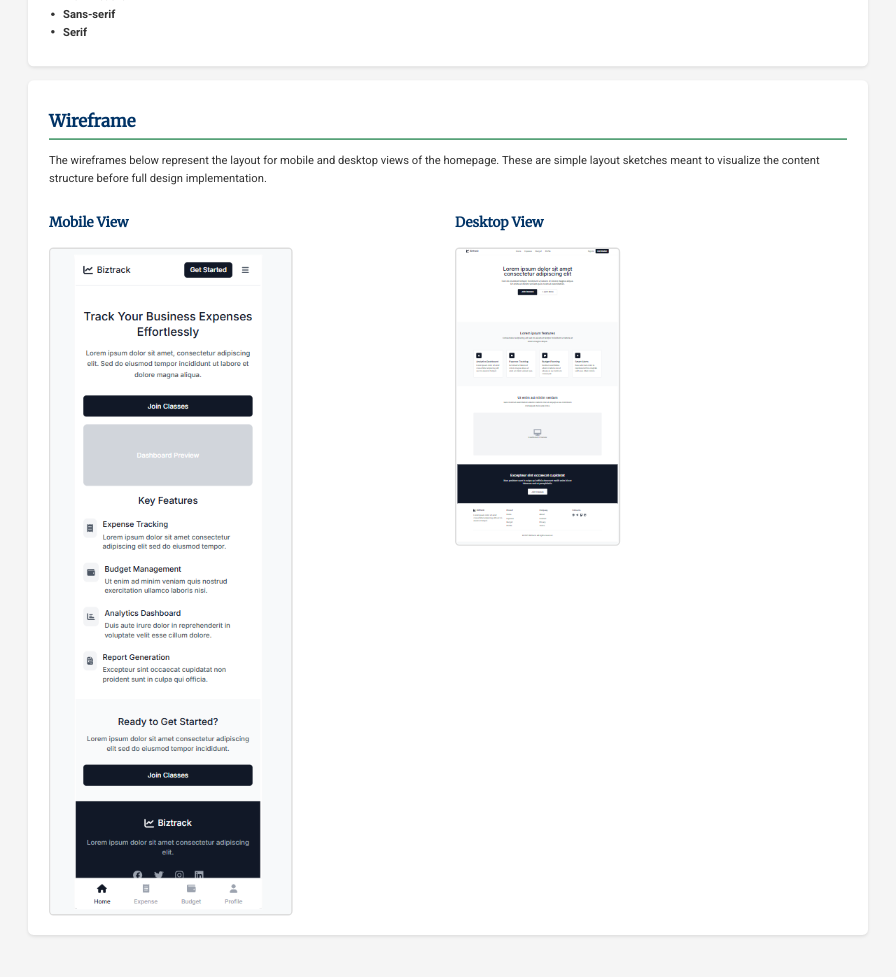
Repository: JoyUdoh106/wdd131
Page: project/siteplan.html
The author's editor kept a copy of each file at every save. The page is drawn from the files as they stood at one save, then again after the next save.
The browser window is 1280 px wide. The pictures show the part of the page from y = 1314 to 3234 px (the page is 2710 px tall before and 3234 px after), at 70% of full size.

Above is the page before, as saved 2025-08-09 19:13:03.

### project/siteplan.html
<!DOCTYPE html>
<html lang="en">
    <head>
        <meta charset="UTF-8" />
        <meta name="viewport" content="width=device-width, initial-scale=1.0" />
        <title>Website Planning Document</title>
        <meta name="author" content="Joy Paulinus Udoh">
        <meta name="description" content="Website Planning Document Page">
        <link rel="stylesheet" href="styles/styles.css" />

        <link rel="preconnect" href="https://fonts.googleapis.com">
        <link rel="preconnect" href="https://fonts.gstatic.com" crossorigin>
        <link href="https://fonts.googleapis.com/css2?family=Merriweather:wght@300;400&family=Roboto:ital,wght@0,100..900;1,100..900&display=swap" rel="stylesheet">
    </head>
    <body>
        <h1>Website Planning Document</h1>

        <div class="section">
            <h2>BizTrack IW</h2>
            <p><strong>Simple Business Finance</strong></p>
        </div>

        <div class="section">
            <h2>Site Purpose</h2>
            <p>The purpose of this website is to provide clear, practical, and easy-to-understand information about tracking expenses and budgeting. It aims to educate visitors on how to manage their personal finances more effectively, develop better spending habits, and make informed financial decisions.</p>
        </div>

        <div class="section">
            <h2>Scenarios</h2>
            <ul>
            <li>A student visits the website to learn how to set up a monthly budget for their limited income and avoid overspending.</li>
            <li>A young professional wants tips on tracking expenses to prepare for a long-term savings goal, such as buying a car or house.</li>
            <li>A parent looks for advice on managing household expenses and finding ways to cut unnecessary costs.</li>
            <li>Someone with irregular income uses the budgeting tips page to learn how to balance their finances despite unpredictable earnings.</li>
            </ul>
        </div>

        <div class="section">
            <h2>Color Schema</h2>
            <p><span class="color-box" style="background-color:#003366;"></span> Primary Color: #003366 </p>
            <p><span class="color-box" style="background-color:#2E8B57;"></span> Secondary Color: #2E8B57 </p>
            <p><span class="color-box" style="background-color: #FFD700;"></span> Accent Color: #FFD700</p>
            <p><span class="color-box" style="background-color: #F5F5F5;"></span> Background Color Color: #F5F5F5</p>
            <p><span class="color-box" style="background-color: #333333;"></span> Text Color: #333333</p>
        </div>

        <div class="section">
            <h2>Typography</h2>
            <ul>
            <li><strong>Roboto</strong></li>
            <li><strong>Merriweather</strong></li>
            <li><strong>Sans-serif</strong></li>
            <li><strong>Serif</strong></li>
            </ul>
        </div>

        <div class="section">
            <h2>Wireframe</h2>
            <p>The wireframes below represent the layout for mobile and desktop views of the homepage. These are simple layout sketches meant to visualize the content structure before full design implementation.</p>
            <div class="wireframe-container">
                <div class="wireframe-item">
                    <h3>Mobile View</h3>
                    <img src="images/mobie-view.png" alt="Mobile wireframe of homepage" class="wireframe-img" />
                </div>

                <div class="wireframe-item">
                    <h3>Desktop View</h3>
                    <img src="images/desktop_view.png" alt="Desktop wireframe of homepage" class="wireframe-img" />
                </div>
            </div>
        </div>
    </body>
</html>

### project/styles/styles.css
body {
    font-family: 'Roboto', sans-serif;
    background-color: #F5F5F5;
    color: #333333;
    margin: 0;
    padding: 20px;
    line-height: 1.6;
}

h1, h2, h3 {
    font-family: 'Merriweather', serif;
    color: #003366;
    margin-bottom: 10px;
}

h1 {
    text-align: center;
    font-size: 2.5rem;
    margin-bottom: 20px;
}

h2 {
    border-bottom: 2px solid #2E8B57;
    padding-bottom: 5px;
    font-size: 1.5rem;
}

h3 {
    font-size: 1.2rem;
    margin-top: 20px;
}

.section {
    background-color: #ffffff;
    padding: 15px 20px;
    margin-bottom: 20px;
    border-radius: 8px;
    box-shadow: 0 2px 5px rgba(0,0,0,0.1);
}

.color-box {
    display: inline-block;
    width: 20px;
    height: 20px;
    vertical-align: middle;
    margin-right: 8px;
    border-radius: 4px;
    border: 1px solid #ccc;
}

.section ul {
    padding-left: 20px;
}

.wireframe-img {
    max-width: 100%;
    height: auto;
    border: 2px solid #ddd;
    border-radius: 6px;
    margin-top: 10px;
}

/* Wireframe container */
.wireframe-container {
    display: flex;
    flex-direction: column;
    gap: 20px;
}

/* Each wireframe block */
.wireframe-item {
    flex: 1;
}

/* Images styling */
.wireframe-img {
    max-width: 100%;
    height: auto;
    border: 2px solid #ddd;
    border-radius: 6px;
    margin-top: 10px;
}

/* Side-by-side on larger screens */
@media (min-width: 768px) {
    .wireframe-container {
        flex-direction: row;
        align-items: flex-start;
    }
}


@media (min-width: 768px) {
    body {
        padding: 40px;
    }

    .section {
        padding: 20px 30px;
    }

    h1 {
        font-size: 3rem;
    }
}

After the next save:
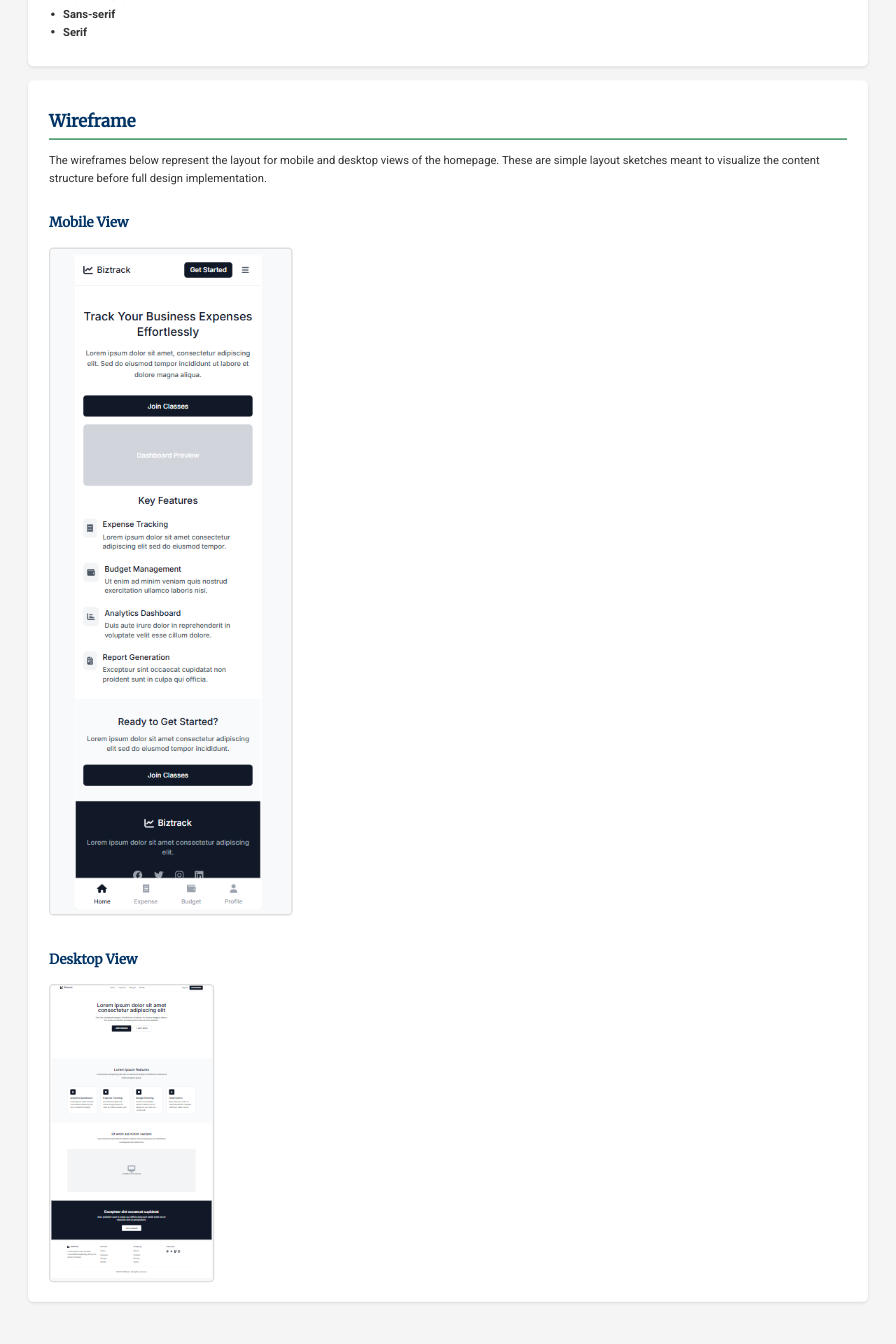
Saved 9 s later.
--- a/project/styles/styles.css
+++ b/project/styles/styles.css
@@ -83,10 +83,7 @@
 
 /* Side-by-side on larger screens */
 @media (min-width: 768px) {
-    .wireframe-container {
-        flex-direction: row;
-        align-items: flex-start;
-    }
+
 }
 
 

After the save that followed:
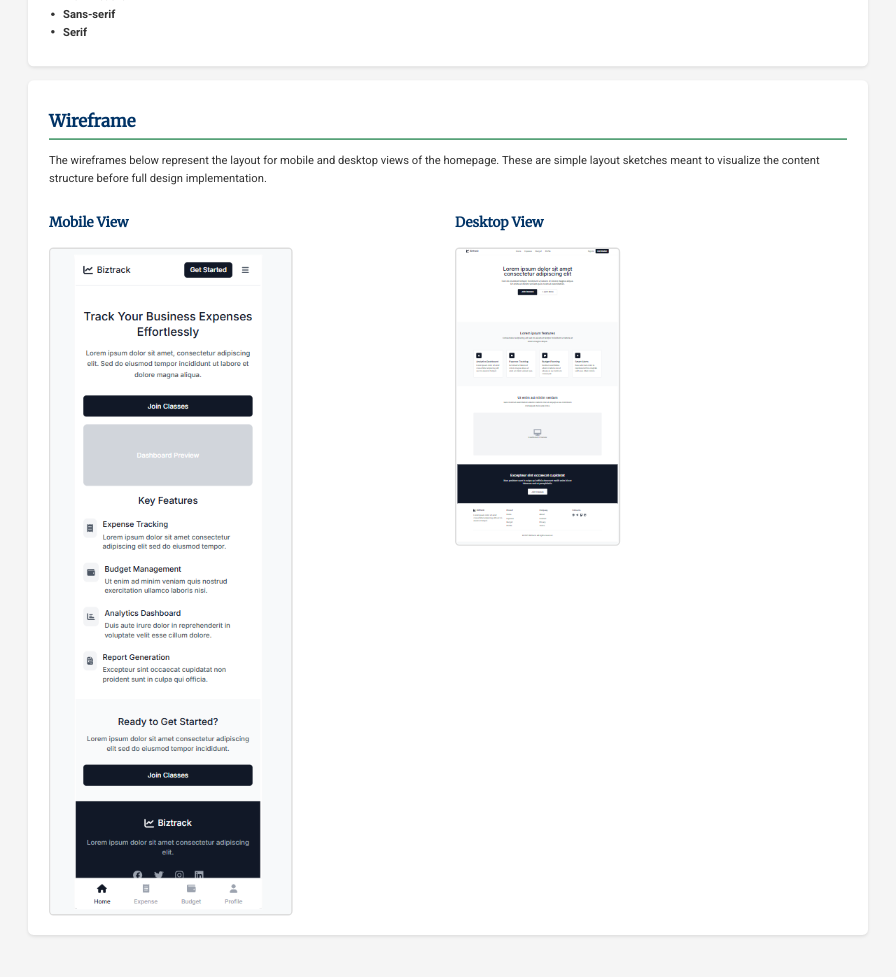
Saved 4 s later.
--- a/project/styles/styles.css
+++ b/project/styles/styles.css
@@ -99,4 +99,9 @@
     h1 {
         font-size: 3rem;
     }
+
+     .wireframe-container {
+        flex-direction: row;
+        align-items: flex-start;
+    }
 }
